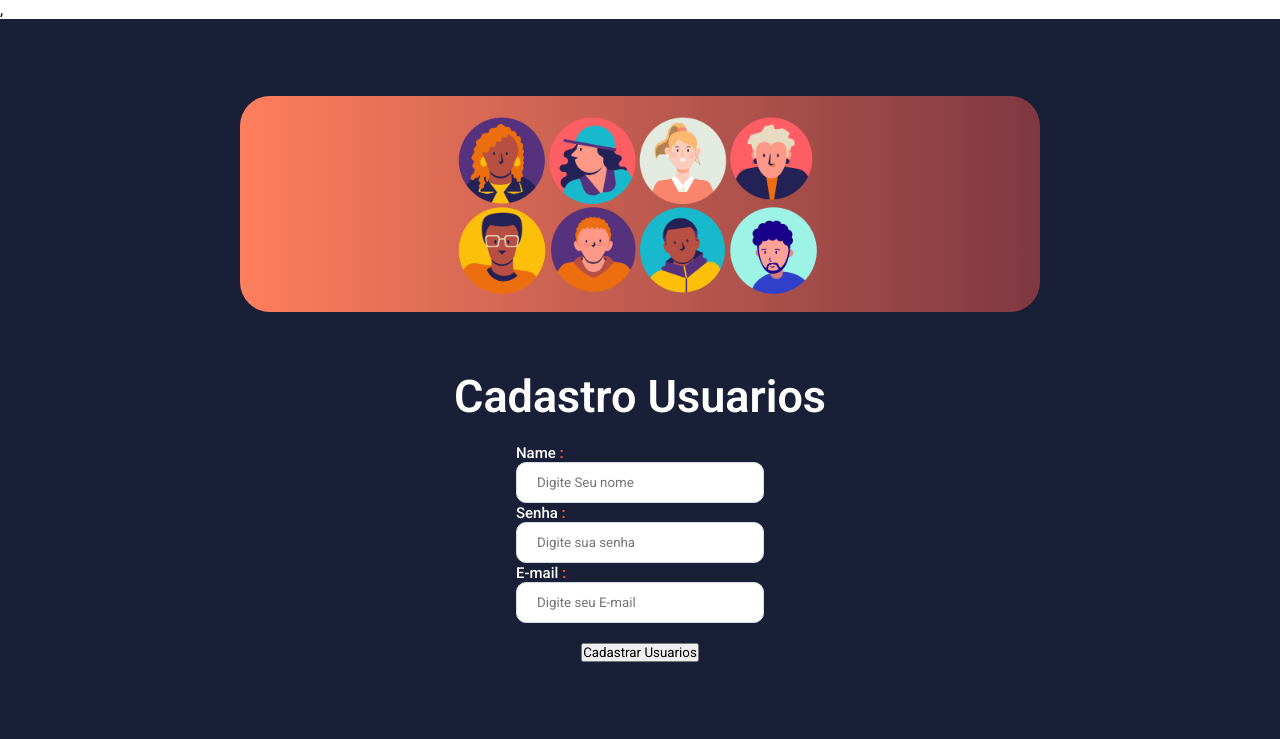
Repository: lcluizrj/meu-projeto-vscode
Page: / (app in cadastro-usuarios-devclub/)
The author's editor kept a copy of each file at every save. The page is drawn from the files as they stood at one save, then again after a run of saves.
The browser window is 1280 px wide. The pictures show the whole page.
The project was rebuilt for these pictures with package versions that can differ from the ones it lists, and the page was loaded fresh each time. Also part of the build but not shown: cadastro-usuarios-devclub/vite.config.js.

Above is the page before, as saved 2026-08-15 17:22:53.

### cadastro-usuarios-devclub/index.html
<!doctype html>
<html lang="en">
  <head>
    <meta charset="UTF-8" />
    <link rel="icon" type="image/svg+xml" href="/favicon.svg" />
    <meta name="viewport" content="width=device-width, initial-scale=1.0" />
    <title>cadastro-usuarios-devclub</title>
    <link rel="preconnect" href="https://fonts.googleapis.com">
    <link rel="preconnect" href="https://fonts.gstatic.com" crossorigin>
    <link href="https://fonts.googleapis.com/css2?family=Poppins:wght@300;600&family=Roboto:ital,wght@0,100..900;1,100..900&display=swap" rel="stylesheet">
  </head>
  <body>
    <div id="root"></div>
    <script type="module" src="/src/main.jsx"></script>
  </body>
</html>

### cadastro-usuarios-devclub/src/main.jsx
import React from 'react'
import ReactDOM from 'react-dom/client'
import {GlobalStyles} from './styles/GlobalStyles.js'
import App from './App.jsx'

ReactDOM.createRoot(document.getElementById('root')).render(
  <React.StrictMode>
    <GlobalStyles/>,
    <App />
  </React.StrictMode>,
)

### cadastro-usuarios-devclub/src/styles/GlobalStyles.js
import { createGlobalStyle } from 'styled-components';

export const GlobalStyles = createGlobalStyle`
      *{
        margin: 0;
        padding:0;
        box-sizing:border-box;
        font-family: "Roboto", sans-serif;
       }

`

### cadastro-usuarios-devclub/src/App.jsx
import {Title, Container, Topbackground, Form, ContainerInputs, InputLabel, Input, Button} from "./styles"

import UsersImage from './assets/users.png'

function Home() {

return (
  <Container>
    <Topbackground>
      <img src={UsersImage} alt="Imagens-Usuarios" />
    </Topbackground>

    <Form>
      <Title> Cadastro Usuarios </Title>
      <ContainerInputs>
      <div>
         <div>
         <InputLabel>
         Name <span>: </span>
         </InputLabel>
         <Input type="text" placeholder="Digite Seu nome" />
         </div>

         <div>
         <InputLabel >
          Senha <span>: </span>
          </InputLabel>
         <Input type="number" placeholder="Digite sua senha"/>
         </div>

      </div>
         <div>
         <InputLabel >
          E-mail <span>: </span>
          </InputLabel>
         <Input type="e-mail" placeholder="Digite seu E-mail"/>
         </div>
      </ContainerInputs>
         <Button>Cadastrar Usuarios</Button>
    </Form>


  </Container>
)

}

export default Home

### cadastro-usuarios-devclub/src/styles.js
import styled from 'styled-components'

export const Container = styled.div `
      background-color: #181f36;
      display: flex;
      flex-direction: column;
      align-items: center;
      justify-content: space-evenly;
      padding: 20px;
      height: 100vh;
`

export const Topbackground= styled.div`
      display: flex;
      align-items: center;
      justify-content: center;
      background:linear-gradient(to right, #fe7e5d,#7f3841) ;
      height: 30vh;
      width: 90vw;
      max-width: 800px;
      border-radius: 30px;

img{
      max-width: 100%;
      max-height: 100%;
   }
`

export const Form = styled.form`
      display: flex;
      flex-direction: column;
      align-items: center;
      gap: 20px;
      max-width: 500px;

`
export const Title = styled.h2 `
      color:#fff ;
      text-align: center;
      font-size: 45px;
      font-style: normal;
      font-weight: 600;


`

export const ContainerInputs = styled.div``

export const Input = styled.input`
      border-radius: 10px;
      border: 1px solid #d2dae2;
      background-color: #fff;
      padding: 12px 20px;
      outline: none;
      width: 100%;
`

export const InputLabel = styled.label`
     color: #fff;
     font-size: 15px;
     font-weight: 500;
     span {
        color: #ef4f45;
        font-weight: bold;
     }

`

export const Button = styled.button ``

After the next 3 saves:
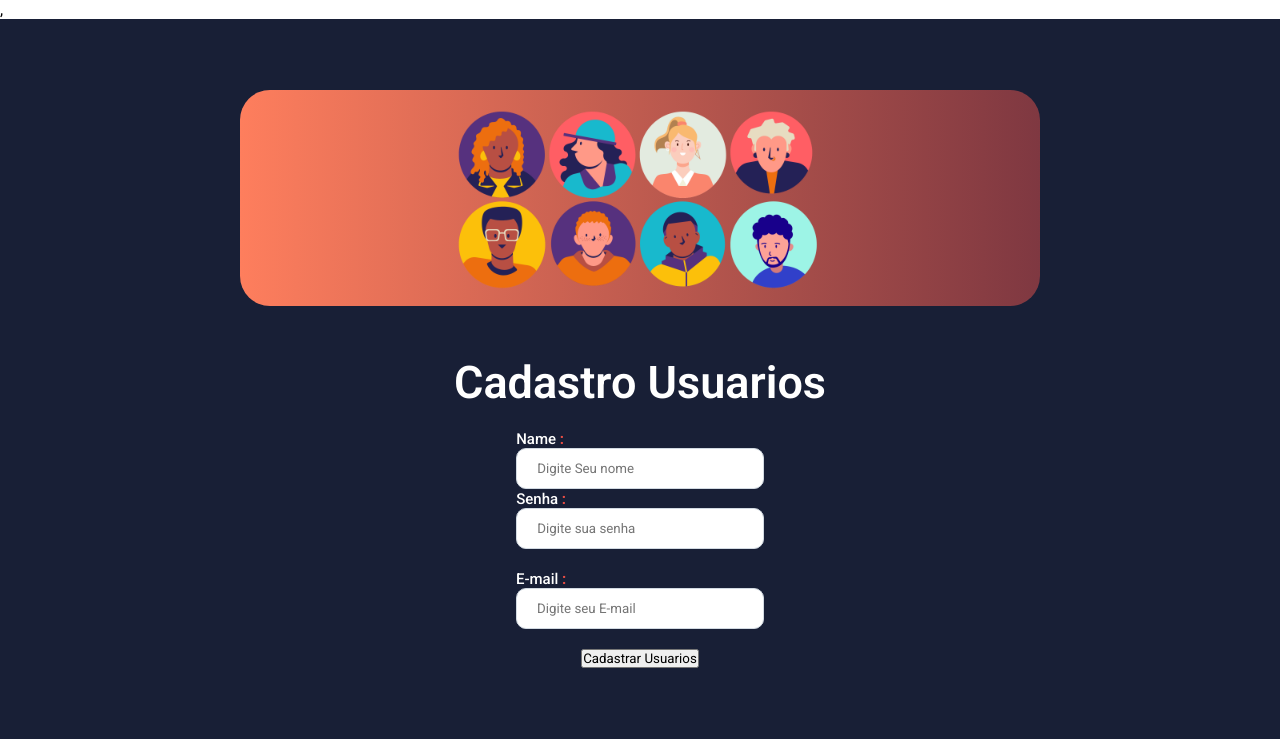
The 3 saves are shown as one change because they came seconds apart.
The last was saved 102 s later.
--- a/cadastro-usuarios-devclub/src/App.jsx
+++ b/cadastro-usuarios-devclub/src/App.jsx
@@ -29,13 +29,14 @@ return (
          </div>
 
       </div>
+      </ContainerInputs>
          <div>
          <InputLabel >
           E-mail <span>: </span>
           </InputLabel>
          <Input type="e-mail" placeholder="Digite seu E-mail"/>
          </div>
-      </ContainerInputs>
+
          <Button>Cadastrar Usuarios</Button>
     </Form>
 
